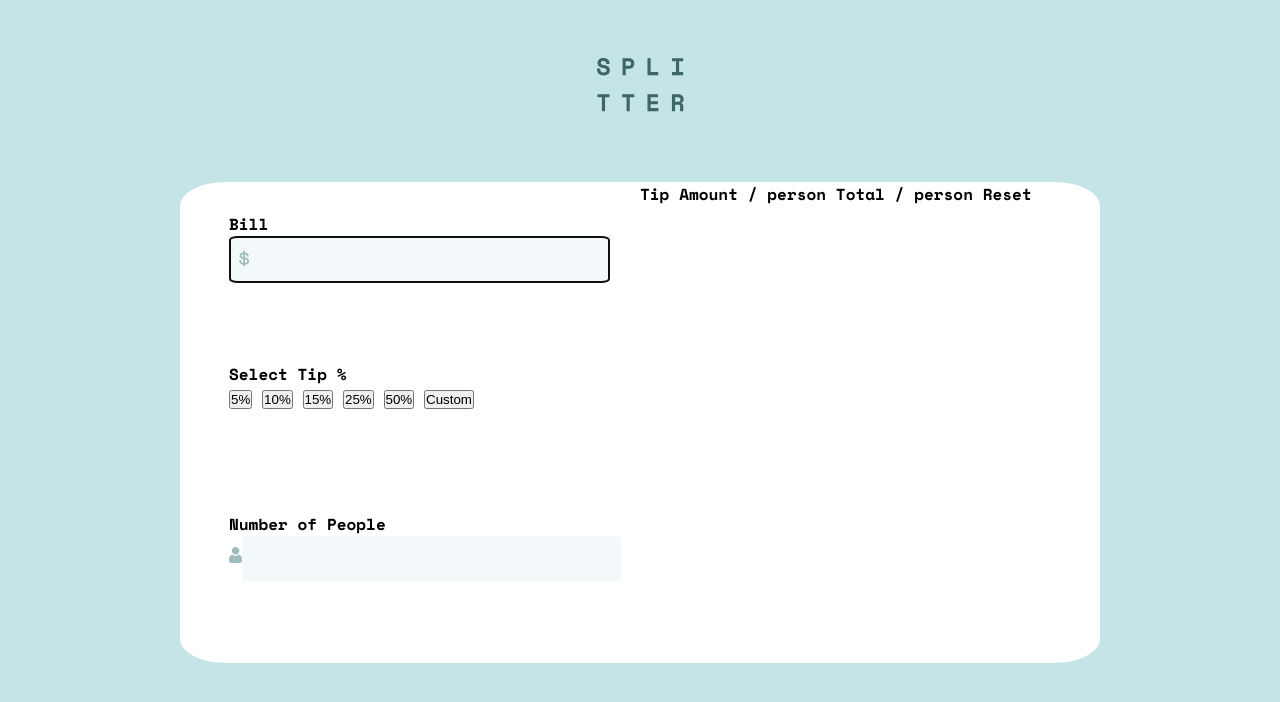
Repository: Arkitecth/tip-calculator
Page: index.html
The author's editor kept a copy of each file at every save. The page is drawn from the files as they stood at one save, then again after the next save.
The browser window is 1280 px wide. The pictures show the whole page.
The first visible `.entry-input` has the focus.

Above is the page before, as saved 2023-06-09 17:48:44.

After the next save:
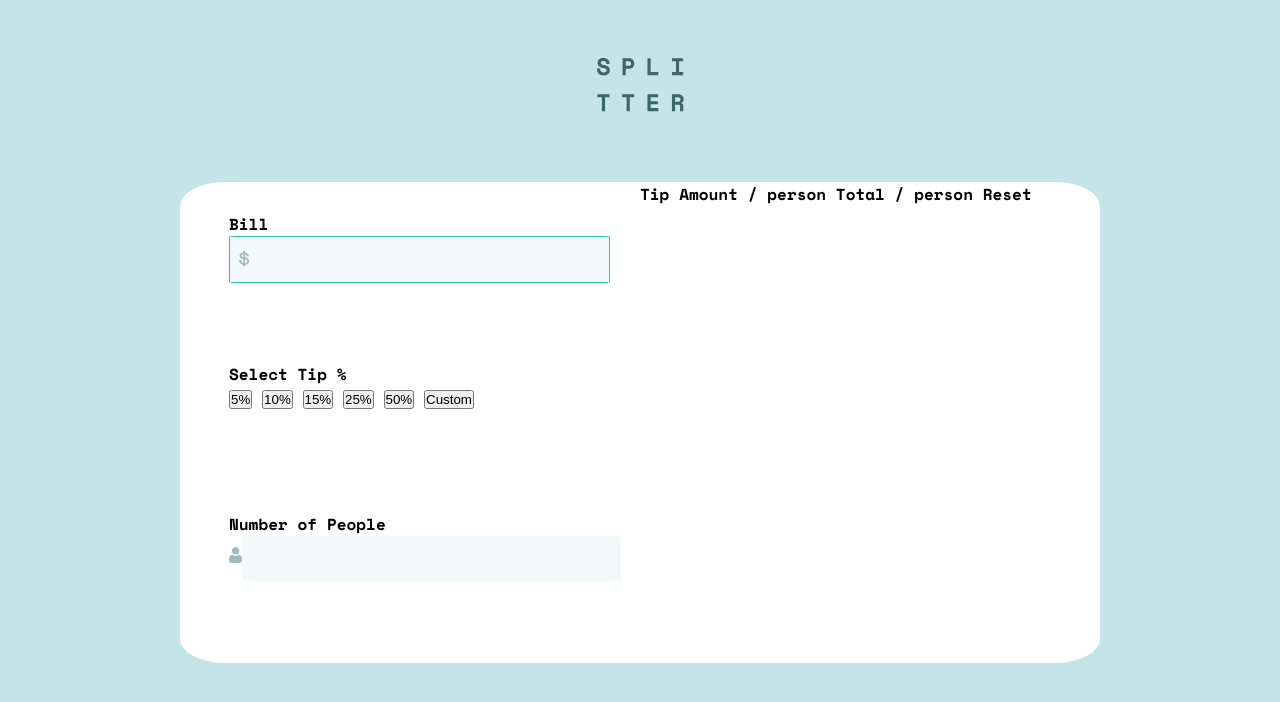
Saved 11 s later.
--- a/styles.css
+++ b/styles.css
@@ -52,6 +52,7 @@
 
 .entry-input:focus {
     border: 1px solid #26C2AE;
+    outline: #26C2AE;
 }
 
 /* Bill Styling */

After the 3 saves that followed:
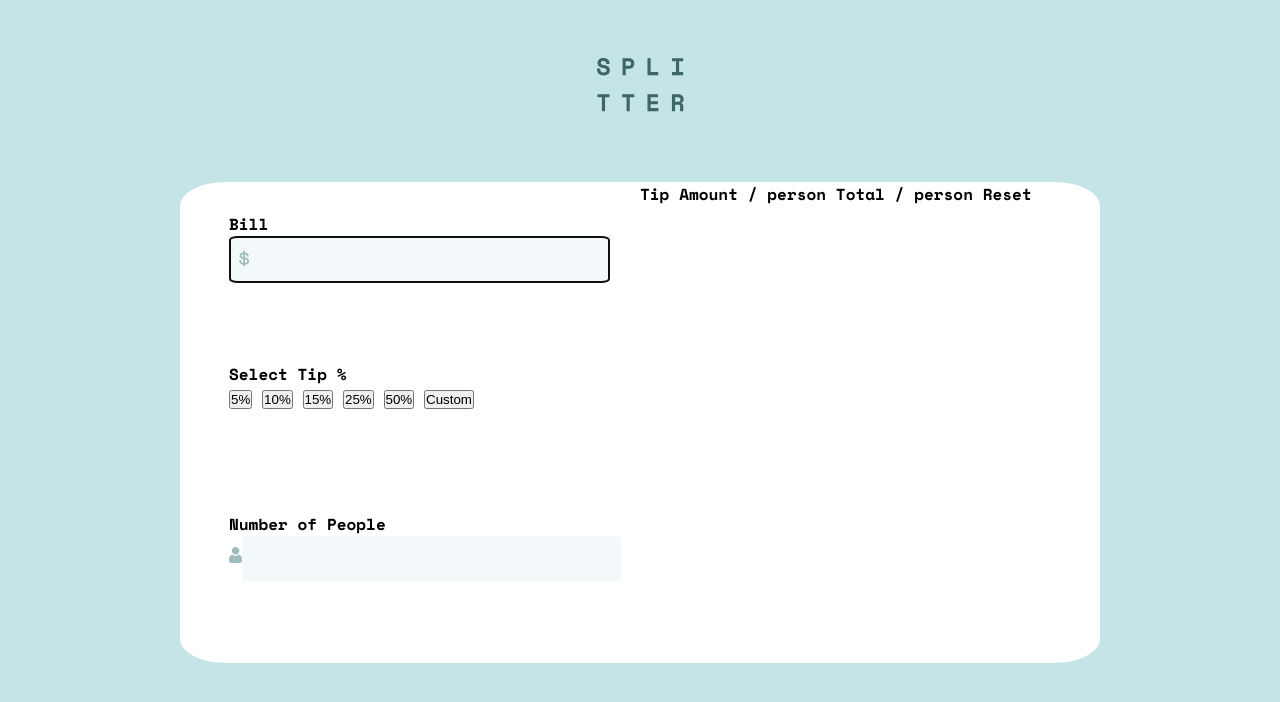
The 3 saves are shown as one change because 2 left the picture as it was.
The last was saved 35 s later.
--- a/styles.css
+++ b/styles.css
@@ -52,7 +52,7 @@
 
 .entry-input:focus {
     border: 1px solid #26C2AE;
-    outline: #26C2AE;
+
 }
 
 /* Bill Styling */
